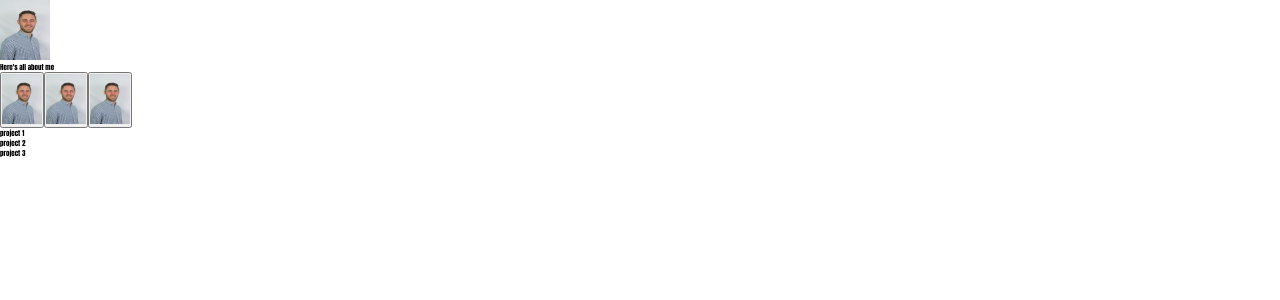
Repository: Kobramall/portfolio-project
Page: /portfolio
These files come from the project's save history. The page is drawn as it stood at one moment and after the next save; the edit follows.
The browser window is 1280 px wide. The pictures show the whole page.
The project was rebuilt for these pictures with package versions that can differ from the ones it lists, and the page was loaded fresh each time. Also part of the build but not shown: src/App.css, src/componets/Main.jsx. Imported but missing from the stored project, and not drawn on this page: src/assets/Landscape.mov.

Above is the page before, as saved 2022-11-01 15:17:51.

### src/index.css
*{
  margin:0;
  padding: 0;
  font-family: Impact, Haettenschweiler, 'Arial Narrow Bold', sans-serif;
}


.main{
  width: 100%;
  height: 100%;
}

video{
  width: 100%;
  height: 100%;
  object-fit: cover;
}

.content{
  position: absolute;
  width: 100%;
  height: 100%;
  top:0;
  display: flex;
  flex-direction: column;
  justify-content: center;
  align-items: center;
  color: azure;
  font-size: 6px;
}
.content button{
  color:azure;
  background-color: #fff;
  background-color: rgba(255, 255, 255, 0.5);
  font-size: 7px;
  border-color: transparent;
}

.content button:hover{
  background-color: lightblue;
}

.overlay{
  position: absolute;
  top: 0;
  left: 0;
  width: 100%;
  height: 100%;
}

### src/App.js
import './App.css';
import Main from './componets/Main'
import Portfolio from './componets/Portfolio';
import {BrowserRouter as Router, Routes, Route } from "react-router-dom";

function App() {
  return (
    <Router>
      <Routes>
        <Route path="/" element={<Main />} />
        <Route path="/portfolio" element={<Portfolio />} />
       </Routes>
    </Router>
  )
}

export default App;

### src/componets/Portfolio.jsx
import React from'react'
import Img from '../assets/IMG-3147.jpg'
import '../Portfolio.css'


const Portfolio = () =>{
    return(
        <div className='portfolio'>
            <div className='intro'>
               <img src={Img} alt="Profile Picture" width="50" height="60"/>
               <p>Here's all about me</p>
            </div>
            <div className='projectLinks'>
                    <a href="https://github.com/Kobramall" ><button><img src={Img} alt="filler pics" width="40" height="50"/></button></a>
                    <a href="https://github.com/Kobramall" ><button><img src={Img} alt="filler pics" width="40" height="50"/></button></a>
                    <a href="https://github.com/Kobramall" ><button><img src={Img} alt="filler pics" width="40" height="50"/></button></a>
            </div>
            <div className='projectDes'>
                   <p>project 1</p>
                   <p>project 2</p>
                   <p>project 3</p>
            </div>
            <footer>

            </footer>
        </div>
    )
}

export default Portfolio

### src/Portfolio.css
*{
    font-size: 7px;
}

Loaded but not shown: public/index.html (common file); src/index.js (common file); src/reportWebVitals.js (common file)

After the next save:
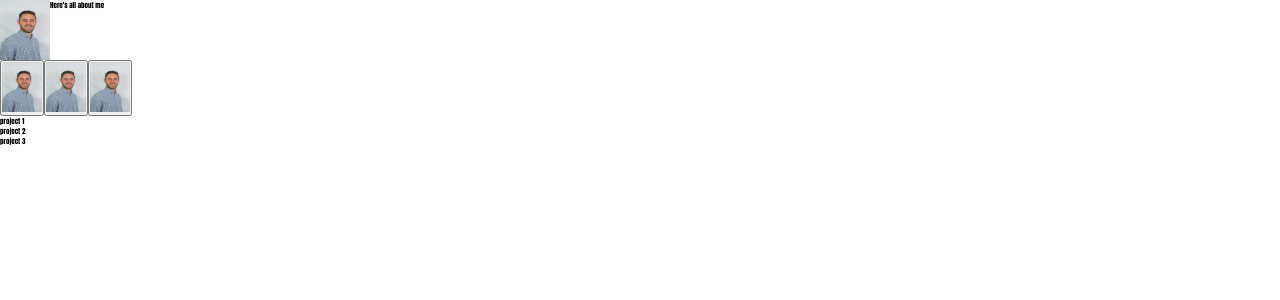
Saved 46 s later.
--- a/src/index.css
+++ b/src/index.css
@@ -47,3 +47,7 @@ video{
   width: 100%;
   height: 100%;
 }
+
+.intro{
+  display: flex;
+}
